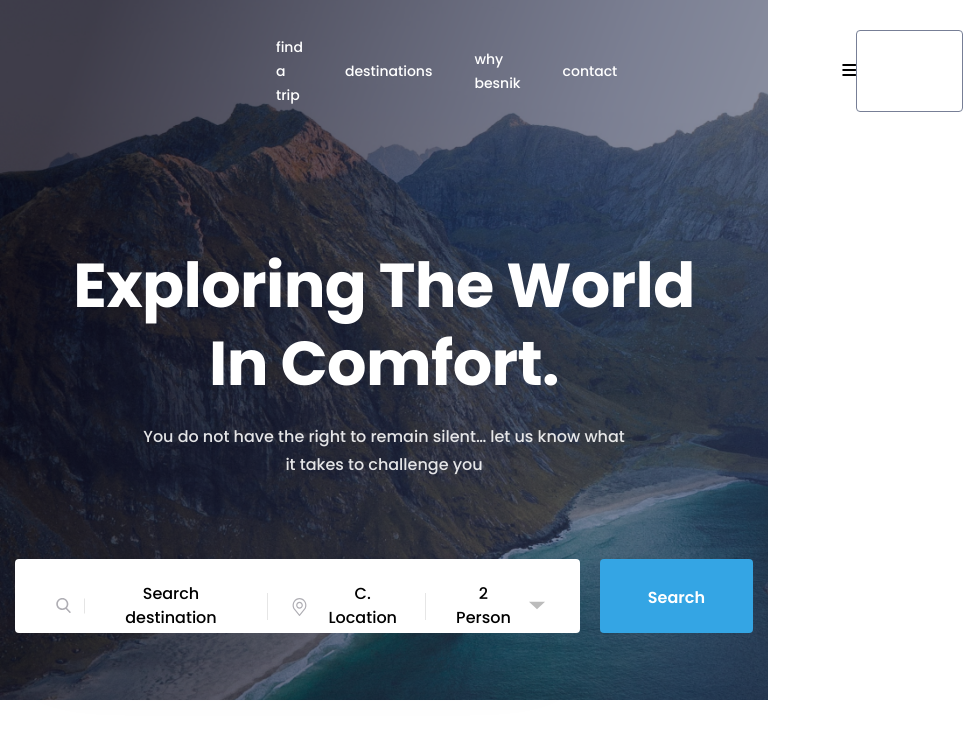
Repository: hoang0508/LandingPage-CodeTravel2
Page: index.html
The author's editor kept a copy of each file at every save. The page is drawn from the files as they stood at one save, then again after the next save.
The browser window is 768 px wide. The page is 963 px wide, then 768 px, so the pictures cover 963 px, including what lies to the right of the window. The pictures show the whole page.
Some web libraries are served in a nearby version. The style sheet was rebuilt from its Sass, Less or Tailwind sources for each picture, by a compiler version that may differ from the author's.

Above is the page before, as saved 2022-09-16 13:58:33.

After the next save:
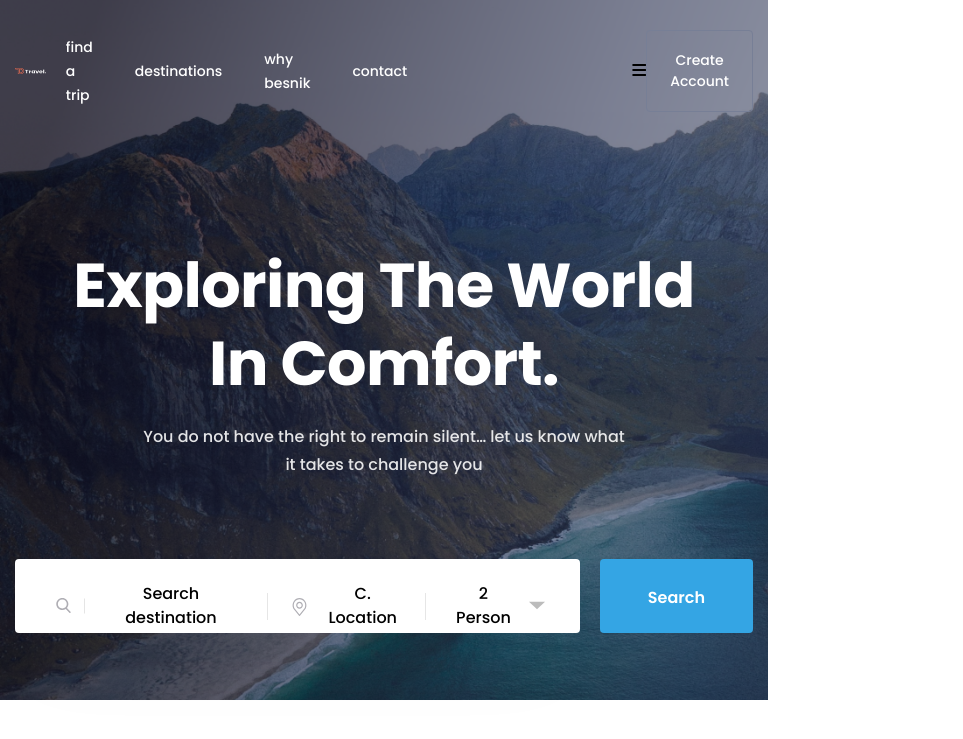
Saved 54 s later.
--- a/sass/_header.scss
+++ b/sass/_header.scss
@@ -131,5 +131,8 @@
 @media screen and (max-width: 1023.98px) {
   .header {
     min-height: 700px;
+    &-logo {
+      margin-right: 20px;
+    }
   }
 }
